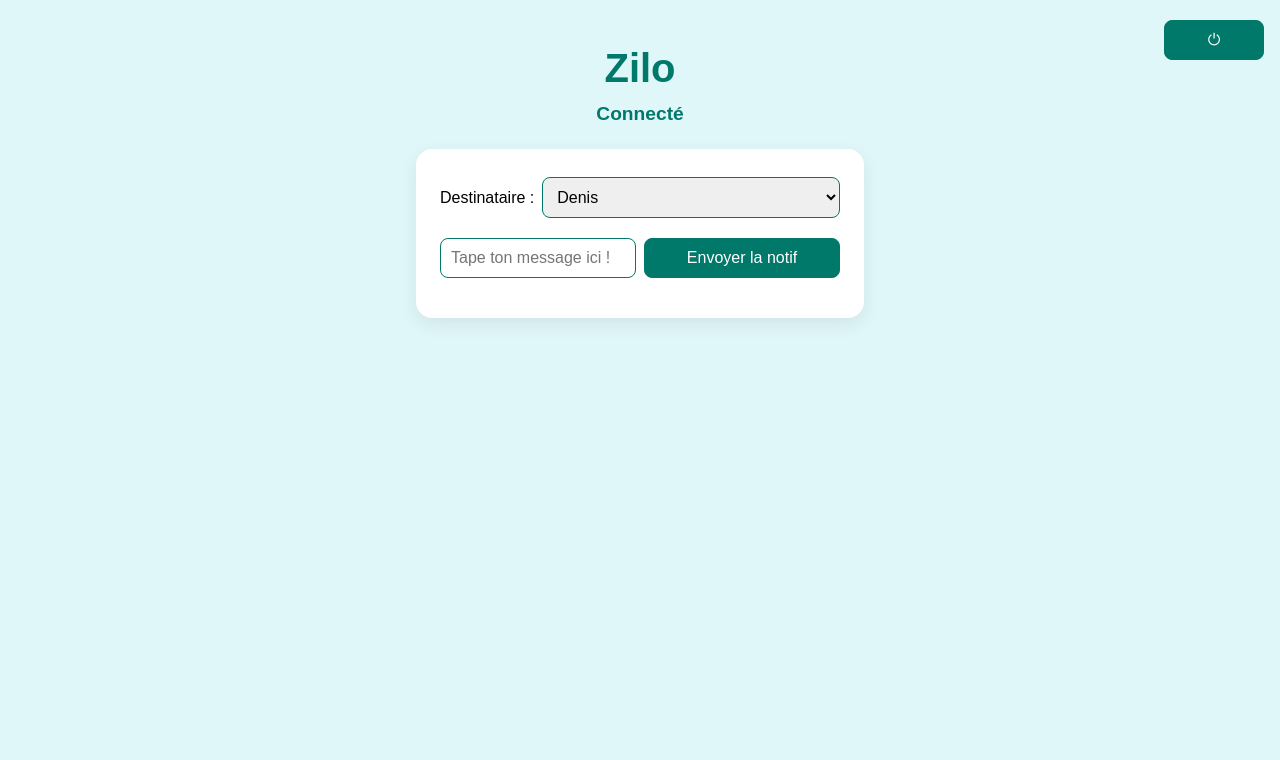
Repository: nlagardere/LumoNet
Page: public/index.html
An editor plug-in stored every save of this project. The page is shown before and after a run of saves, followed by the edit.
The browser window is 1280 px wide. The pictures show the whole page.

Above is the page before, as saved 2025-08-18 20:29:17.

After the next 6 saves:
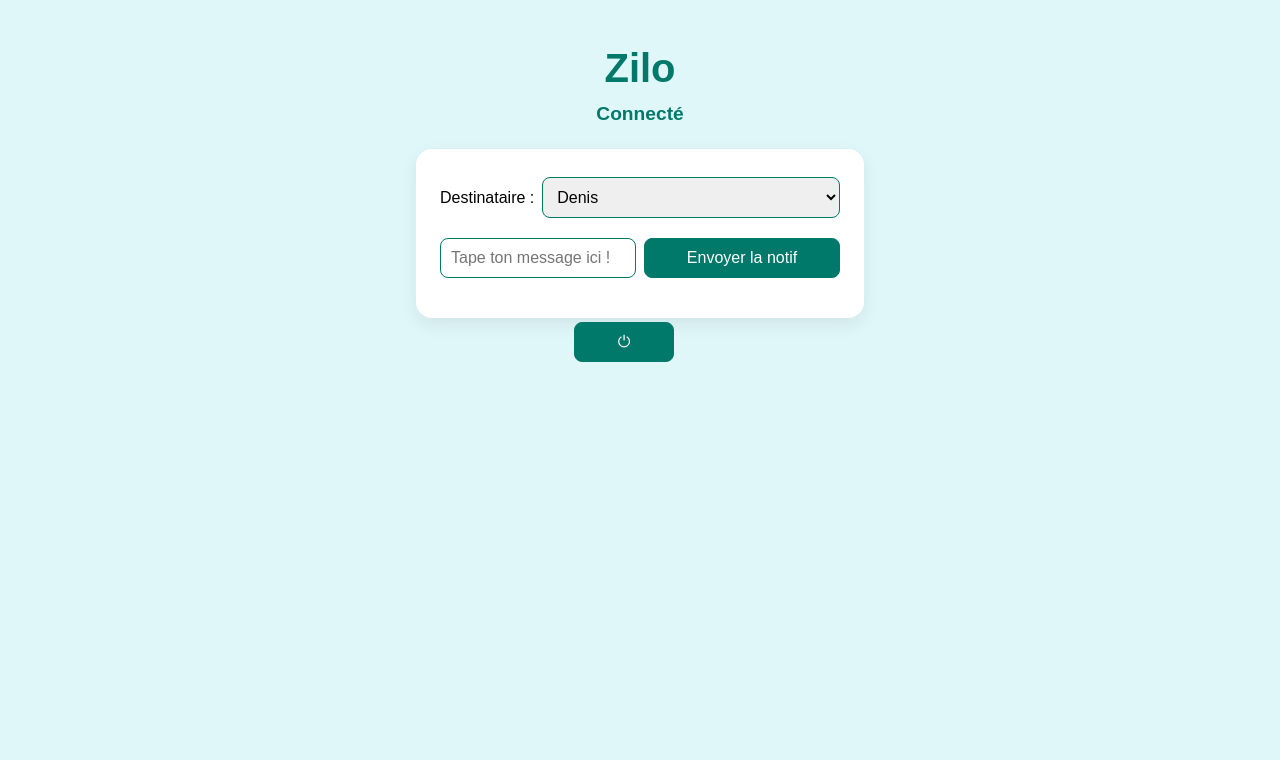
The 6 saves are shown as one change because they came seconds apart.
The last was saved 15 s later.
--- a/public/index.html
+++ b/public/index.html
@@ -79,8 +79,8 @@
     }
 
     .logout {
-      position:absolute;
-      top:16px;
+      position: relative;
+      top: 20%;
       right:16px;
       display:flex;
       justify-content:center;
